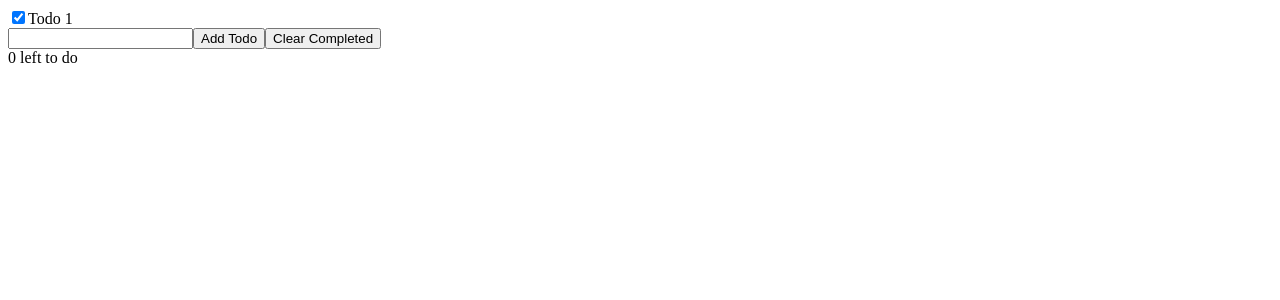
Repository: Hyperion72R/React-concepts
Page: /
The author's editor kept a copy of each file at every save. The page is drawn from the files as they stood at one save, then again after the next save.
The browser window is 1280 px wide. The pictures show the whole page.
The project was rebuilt for these pictures with package versions that can differ from the ones it lists, and the page was loaded fresh each time.

Above is the page before, as saved 2021-07-17 13:07:29.

### src/App.js
import React, { useState } from "react";
import TodoList from "./TodoList";

function App() {
  const [todos, setTodos] = useState([
    { id: 1, name: "Todo 1", complete: true },
  ]);
  return (
    <>
      <TodoList todoList={todos} />
      <input type="text" />
      <button>Add Todo</button>
      <button>Clear Completed</button>
      <div>0 left to do</div>
    </>
  );
}

export default App;

### src/TodoList.js
import React from "react";
import Todo from "./Todo";

export default function TodoList({ todoList }) {
  return (
    // <div>Lorem ipsum dolor sit amet consectetur adipisicing.{todoList}</div>

    // <div>{todoList.length}</div>

    // todoList.map((item) => {
    //   return <div>{item}</div>;
    // })

    todoList.map((todo) => {
      return <Todo key={todo.id} todo={todo} />;
    })
  );
}

### src/Todo.js
import React from "react";

export default function Todo({ todo }) {
  return (
    <div>
      <input type="checkbox" checked={todo.complete} />
      <label>{todo.name}</label>
    </div>
  );
}

Loaded but not shown: public/index.html (common file); src/index.js (common file)

After the next save:
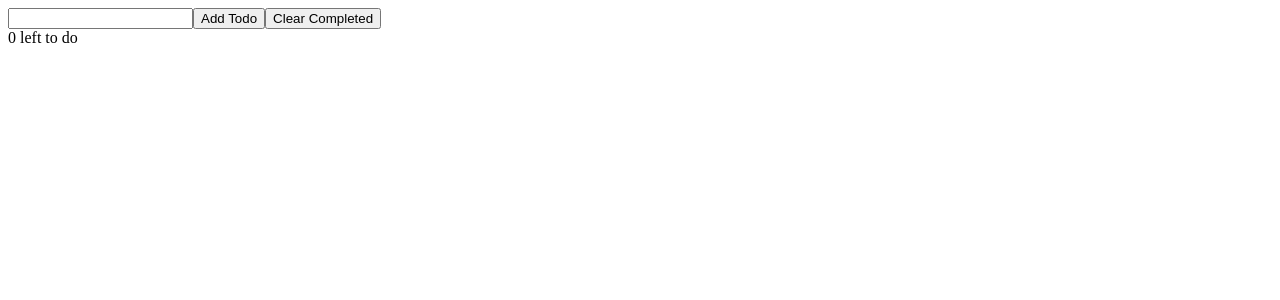
Saved 42 s later.
--- a/src/App.js
+++ b/src/App.js
@@ -3,7 +3,7 @@ import TodoList from "./TodoList";
 
 function App() {
   const [todos, setTodos] = useState([
-    { id: 1, name: "Todo 1", complete: true },
+    // { id: 1, name: "Todo 1", complete: true },
   ]);
   return (
     <>
